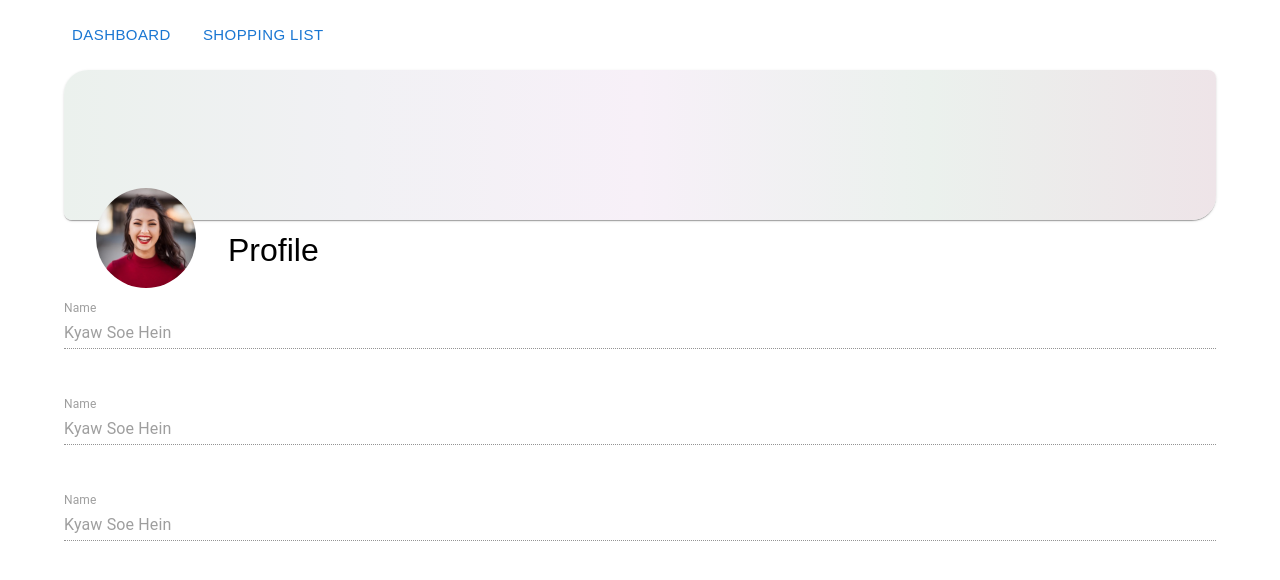
Repository: KyawSoeHein/GoogleAuthReact
Page: /
The author's editor kept a copy of each file at every save. The page is drawn from the files as they stood at one save, then again after the next save.
The browser window is 1280 px wide. The pictures show the whole page.
The project was rebuilt for these pictures with package versions that can differ from the ones it lists, and the page was loaded fresh each time.

Above is the page before, as saved 2022-02-14 20:18:31.

After the next save:
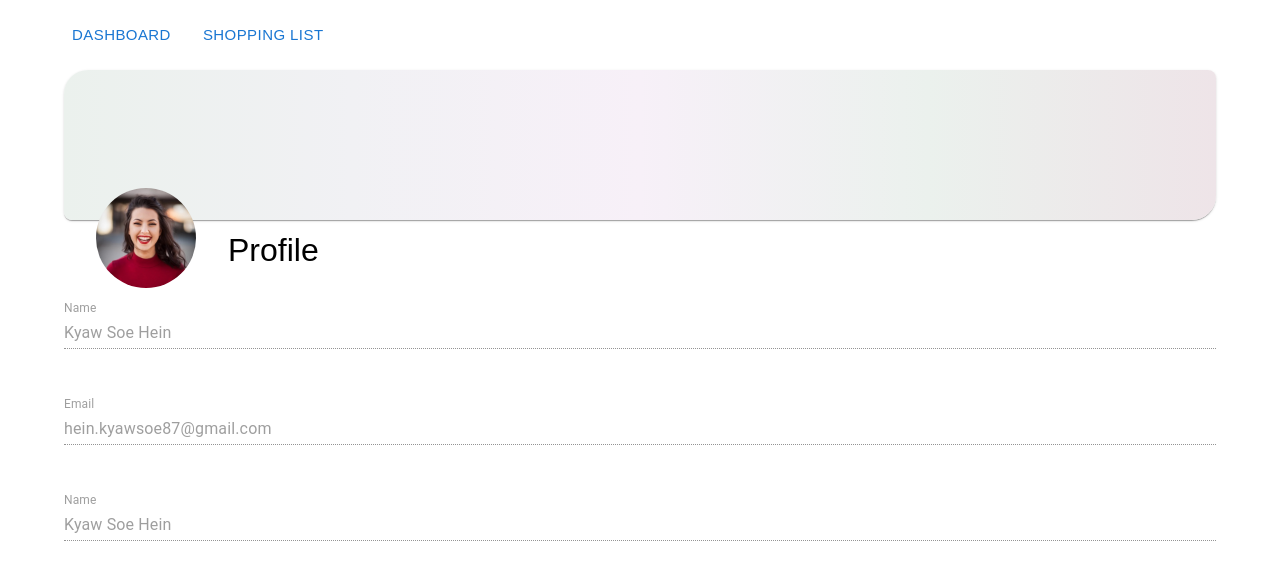
Saved 15 s later.
--- a/src/Components/UserInfo.tsx
+++ b/src/Components/UserInfo.tsx
@@ -18,8 +18,8 @@ const UserInfo = () => {
       <TextField
         disabled
         id="standard-disabled"
-        label="Name"
-        defaultValue="Kyaw Soe Hein"
+        label="Email"
+        defaultValue="hein.kyawsoe87@gmail.com"
         variant="standard"
       />
 
